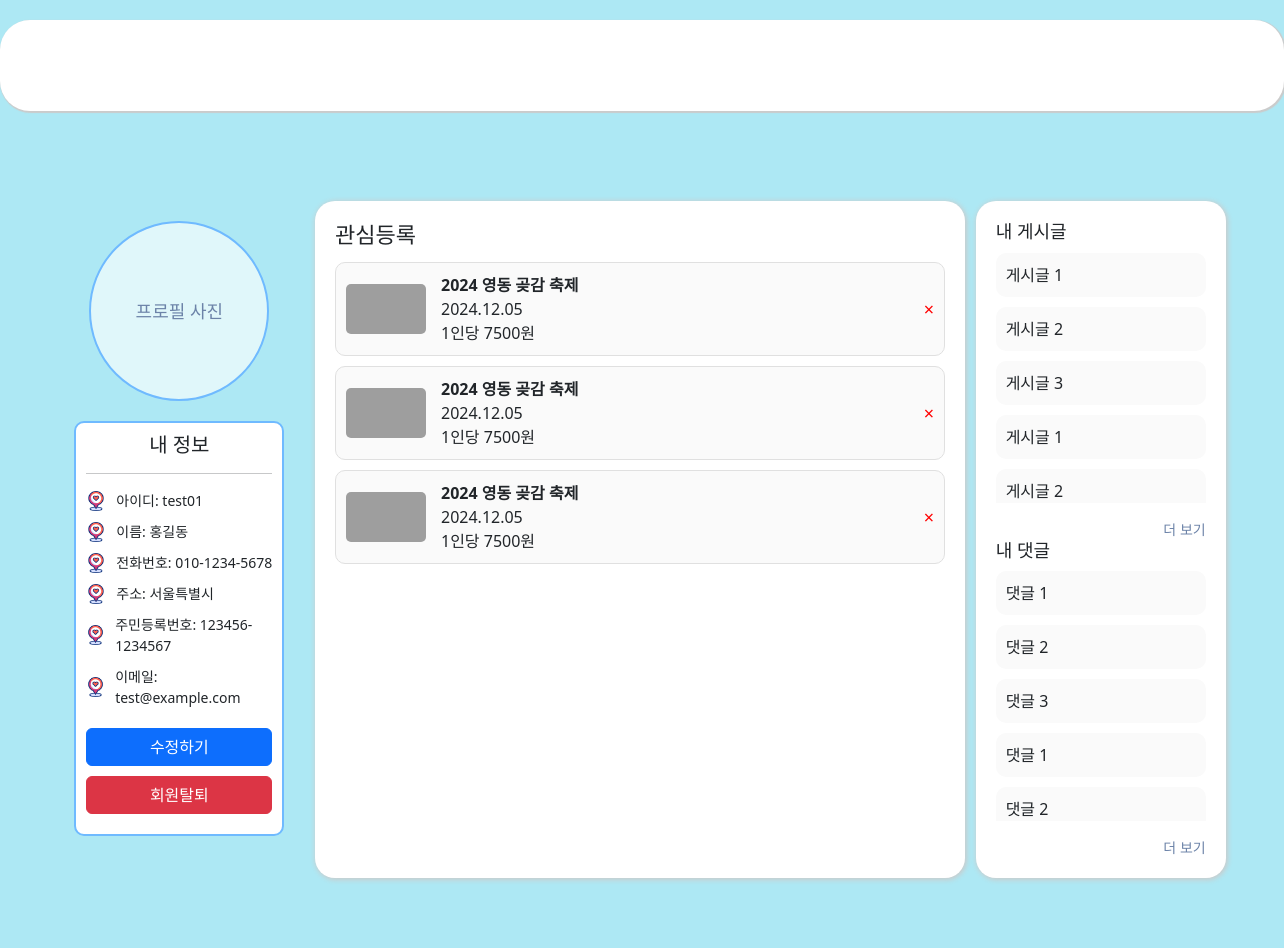
Repository: KimMJ0964/jsp
Page: http://localhost/Trafi/views/mypage/myPageMain.jsp
An editor plug-in stored every save of this project. The page is shown before and after the next save, followed by the edit.
The browser window is 1280 px wide. The page is 1284 px wide, so the pictures cover 1284 px, including what lies to the right of the window. The pictures show the whole page.
Pictures or frames that could not be fetched are drawn as grey boxes. The page is served by Tomcat 9.

Above is the page before, as saved 2024-09-19 08:20:14.
Console error: TypeError: Cannot set properties of null (setting 'onclick')

### Trafi/src/main/webapp/views/mypage/myPageMain.jsp
<%@ page language="java" contentType="text/html; charset=UTF-8"
    pageEncoding="UTF-8"%>
<!DOCTYPE html>
<html lang="en">
<head>
    <meta charset="UTF-8">
    <meta name="viewport" content="width=device-width, initial-scale=1.0">
    <title>마이페이지</title>

    <!-- Latest compiled and minified CSS -->
    <link href="https://cdn.jsdelivr.net/npm/bootstrap@5.3.3/dist/css/bootstrap.min.css" rel="stylesheet">

    <!-- Latest compiled JavaScript -->
    <script src="https://cdn.jsdelivr.net/npm/bootstrap@5.3.3/dist/js/bootstrap.bundle.min.js"></script>
    <style>
        body {
            margin: 0;
            padding: 0;
            background-color: #ADE8F4;
        }
        .wrap {
            width: 1246px;
            margin: auto;
            padding: 20px;
        }
        #header {
            width: 1284px;
            height: 91px;
            background-color: white;
            border-radius: 30px;
            margin: 20px auto;
            box-shadow: 1px 1px 1px 1px rgb(203, 203, 203);
        }
        .container {
            display: flex;
            justify-content: space-around;
            margin: 50px auto;
            max-width: 1300px;
        }

        /* 프로필 섹션 */
        .profile-section {
            padding: 20px;
            width: 250px;
        }
        .profile-section .profile-image {
            width: 180px;
            height: 180px;
            border-radius: 50%;
            background-color: #E0F7FA;
            margin: 0 auto;
            display: flex;
            justify-content: center;
            align-items: center;
            font-size: 18px;
            color: #6C83A8;
        }
        .profile-section .profile-info {
            margin-top: 20px;
            border: 1px solid #E0E0E0;
            border-radius: 10px;
            padding: 10px;
        }
        .profile-info {
            background-color: white;
            border-radius: 20px;
        }
        .profile-section .profile-info h6 {
            font-size: 18px;
            margin-bottom: 20px;
        }
        .profile-section .profile-info ul {
            list-style: none;
            padding: 0;
            font-size: 14px;
        }
        .profile-section .profile-info ul li {
            margin-bottom: 10px;
            display: flex;
            align-items: center;
        }
        .profile-section .profile-info ul li img {
            width: 20px;
            height: 20px;
            margin-right: 10px;
        }
        .profile-section .profile-buttons {
            text-align: center;
            margin-top: 20px;
        }
        .profile-section .profile-buttons button {
            width: 100%;
            margin-bottom: 10px;
        }

        /* 축제 섹션 */
        .interest-section {
            background-color: white;
            border-radius: 20px;
            padding: 20px;
            width: 650px;
            box-shadow: 1px 1px 5px 1px rgb(203, 203, 203);
        }
        .interest-section h5 {
            font-size: 22px;
            margin-bottom: 15px;
        }
        .interest-section .interest-list {
            list-style: none;
            padding: 0;
            max-height: 400px;
            overflow-y: auto;
        }
        .interest-section .interest-list li {
            background-color: #FAFAFA;
            border: 1px solid #E0E0E0;
            padding: 10px;
            margin-bottom: 10px;
            display: flex;
            justify-content: space-between;
            align-items: center;
            border-radius: 10px;
        }
        .interest-section .interest-list li .info {
            display: flex;
            gap: 15px;
            align-items: center;
        }
        .interest-section .interest-list li img {
            width: 80px;
            height: 50px;
            border-radius: 5px;
        }
        .interest-section .interest-list li .text {
            font-size: 16px;
        }
        .interest-section .interest-list li .remove {
            font-size: 18px;
            color: red;
            cursor: pointer;
        }

        /* 게시글, 댓글 섹션 */
        .posts-comments-section {
            background-color: white;
            border-radius: 20px;
            padding: 20px;
            width: 250px;
            box-shadow: 1px 1px 5px 1px rgb(203, 203, 203);
        }
        .posts-comments-section h5 {
            font-size: 18px;
            margin-bottom: 10px;
        }
        .posts-comments-section ul {
            list-style: none;
            padding: 0;
            font-size: 16px;
            max-height: 250px;
            overflow-y: auto;
        }
        .posts-comments-section ul li {
            padding: 10px;
            background-color: #FAFAFA;
            margin-bottom: 10px;
            border-radius: 10px;
        }
        .posts-comments-section .view-more {
            text-align: right;
            font-size: 14px;
            color: #6C83A8;
            cursor: pointer;
        }

        /* 모달창 */
        .modal {
            position: fixed;
            left: 0;
            top: 0;
            width: 100%;
            height: 100%;
            background-color: rgba(0,0,0,0.5);
            display: flex;
            justify-content: center;
            align-items: center;
        }

        .modal-content {
            background-color: #fff;
            padding: 20px;
            border-radius: 10px;
            width: 400px;
            left: 40%;
            top: 20%;
        }

        .modal-content > form > table > tr > td {
            text-align: center;
        }

        .close {
            float: right;
            font-size: 20px;
            cursor: pointer;
        }

        /* 모바일 반응형 */

        @media (max-width: 480px) {
            .wrap {
                padding: 5px;
            }
            .profile-section, .interest-section, .posts-comments-section {
                padding: 5px;
            }
            .profile-section .profile-image {
                width: 100px;
                height: 100px;
            }
            .interest-section .interest-list li .info img {
                width: 50px;
                height: 30px;
            }
            .posts-comments-section ul li {
                font-size: 12px;
            }
        }
    </style>

</head>
<body>
    <div id="header"></div>
    <div class="wrap">
        <div class="container">
            <!-- Profile Section -->
            <div class="profile-section">
                <div class="profile-image" style="border: 2px solid #6FBAFF;">프로필 사진</div>
                <div class="profile-info" style="border: 2px solid #6FBAFF;">
                    <h5 style="text-align: center;">내 정보</h5>
                    <hr>
                    <ul>
                        <li><img src="./img/profile-icon.png" alt="icon">아이디: test01</li>
                        <li><img src="./img/profile-icon.png" alt="icon">이름: 홍길동</li>
                        <li><img src="./img/profile-icon.png" alt="icon">전화번호: 010-1234-5678</li>
                        <li><img src="./img/profile-icon.png" alt="icon">주소: 서울특별시</li>
                        <li><img src="./img/profile-icon.png" alt="icon">주민등록번호: 123456-1234567</li>
                        <li><img src="./img/profile-icon.png" alt="icon">이메일: test@example.com</li>
                    </ul>
                    <div class="profile-buttons">
                        <button type="button" class="btn btn-primary" data-bs-toggle="modal" data-bs-target="#myModal">
							수정하기
						</button>
                        <button class="btn btn-danger" id="delete-account-btn">회원탈퇴</button>
                    </div>
                </div>
            </div>

            <!-- Interest Section -->
            <div class="interest-section">
                <h5>관심등록</h5>
                <ul class="interest-list">
                    <li>
                        <div class="info">
                            <img src="festival.jpg" alt="축제 이미지">
                            <div class="text">
                                <strong>2024 영동 곶감 축제</strong><br>
                                2024.12.05<br>
                                1인당 7500원
                            </div>
                        </div>
                        <div class="remove">&times;</div>
                    </li>
                    <li>
                        <div class="info">
                            <img src="festival.jpg" alt="축제 이미지">
                            <div class="text">
                                <strong>2024 영동 곶감 축제</strong><br>
                                2024.12.05<br>
                                1인당 7500원
                            </div>
                        </div>
                        <div class="remove">&times;</div>
                    </li>
                    <li>
                        <div class="info">
                            <img src="festival.jpg" alt="축제 이미지">
                            <div class="text">
                                <strong>2024 영동 곶감 축제</strong><br>
                                2024.12.05<br>
                                1인당 7500원
                            </div>
                        </div>
                        <div class="remove">&times;</div>
                    </li>

                    <!-- More items -->
                </ul>
            </div>

            <!-- Posts and Comments Section -->
            <div class="posts-comments-section">
                <div class="posts-comments-container">
                    <!-- My Posts Section -->
                    <div class="posts-section">
                        <h5>내 게시글</h5>
                        <ul>
                            <li>게시글 1</li>
                            <li>게시글 2</li>
                            <li>게시글 3</li>
                            <li>게시글 1</li>
                            <li>게시글 2</li>
                            <li>게시글 3</li>
                            <!-- More posts -->
                        </ul>
                        <div class="view-more">더 보기</div>
                    </div>

                    <!-- My Comments Section -->
                    <div class="comments-section">
                        <h5>내 댓글</h5>
                        <ul>
                            <li>댓글 1</li>
                            <li>댓글 2</li>
                            <li>댓글 3</li>
                            <li>댓글 1</li>
                            <li>댓글 2</li>
                            <li>댓글 3</li>
                            <!-- More comments -->
                        </ul>
                        <div class="view-more">더 보기</div>
                    </div>
                </div>
            </div>
    </div>

    <!-- 모달 구조 -->
    <div class="modal" id="editProfileModal" style="display:none;">
        <div class="modal-content">
            <span class="close">&times;</span>
            <h2>프로필 수정</h2>
            <form>
                <table>
                    <tr>
                        <td>
                            <label for="name">이름:</label>
                            <input type="text" id="name" name="name" required>
                        </td>
                    </tr>
                    <tr>
                        <td>
                            <label for="phone">전화번호:</label>
                            <input type="text" id="phone" name="phone" required>
                        </td>
                    </tr>
                    <tr>
                        <td>
                            <label for="address">주소:</label>
                            <input type="text" id="address" name="address" required>
                        </td>
                    </tr>
                    <tr>
                        <td>
                            <label for="ssn">주민등록번호:</label>
                            <input type="text" id="ssn" name="ssn" required>
                        </td>
                    </tr>
                    <tr>
                        <td>
                            <label for="email">이메일:</label>
                            <input type="text" id="email" name="email" required> @
                            <select id="email-domain" name="email-domain">
                                <option value="gmail.com">@gmail.com</option>
                                <option value="naver.com">@naver.com</option>
                                <option value="daum.net">@daum.net</option>
                                <option value="custom">직접 입력</option>
                            </select>
                            <input type="text" id="custom-domain" name="custom-domain" style="display:none;" placeholder="직접 입력">
                        </td>
                    </tr>
                </table>
                <button type="submit">저장하기</button>
            </form>
        </div>
    </div>
    </div>

    <script>
        document.getElementById("delete-account-btn").addEventListener("click", function() {
            if (confirm("정말로 회원탈퇴를 진행하시겠습니까?")) {
                // 네
                alert("회원탈퇴가 진행됩니다.");
            } else {
                // 아니요
                alert("회원탈퇴가 취소되었습니다.");
            }
        });

        // 모달 열기 및 닫기 로직
        var modal = document.getElementById("editProfileModal");
        var btn = document.getElementById("edit-profile-btn");
        var span = document.getElementsByClassName("close")[0];

        btn.onclick = function() {
            modal.style.display = "block";
        }

        span.onclick = function() {
            modal.style.display = "none";
        }

        window.onclick = function(event) {
            if (event.target == modal) {
                modal.style.display = "none";
            }
        }

        // 이메일 도메인 선택 시 처리
        var emailDomainSelect = document.getElementById("email-domain");
        var customDomainInput = document.getElementById("custom-domain");

        emailDomainSelect.onchange = function() {
            if (emailDomainSelect.value === "custom") {
                customDomainInput.style.display = "inline-block";
            } else {
                customDomainInput.style.display = "none";
                customDomainInput.value = ""; // 입력 필드를 초기화
            }
        }
    </script>
</body>
</html>

After the next save:
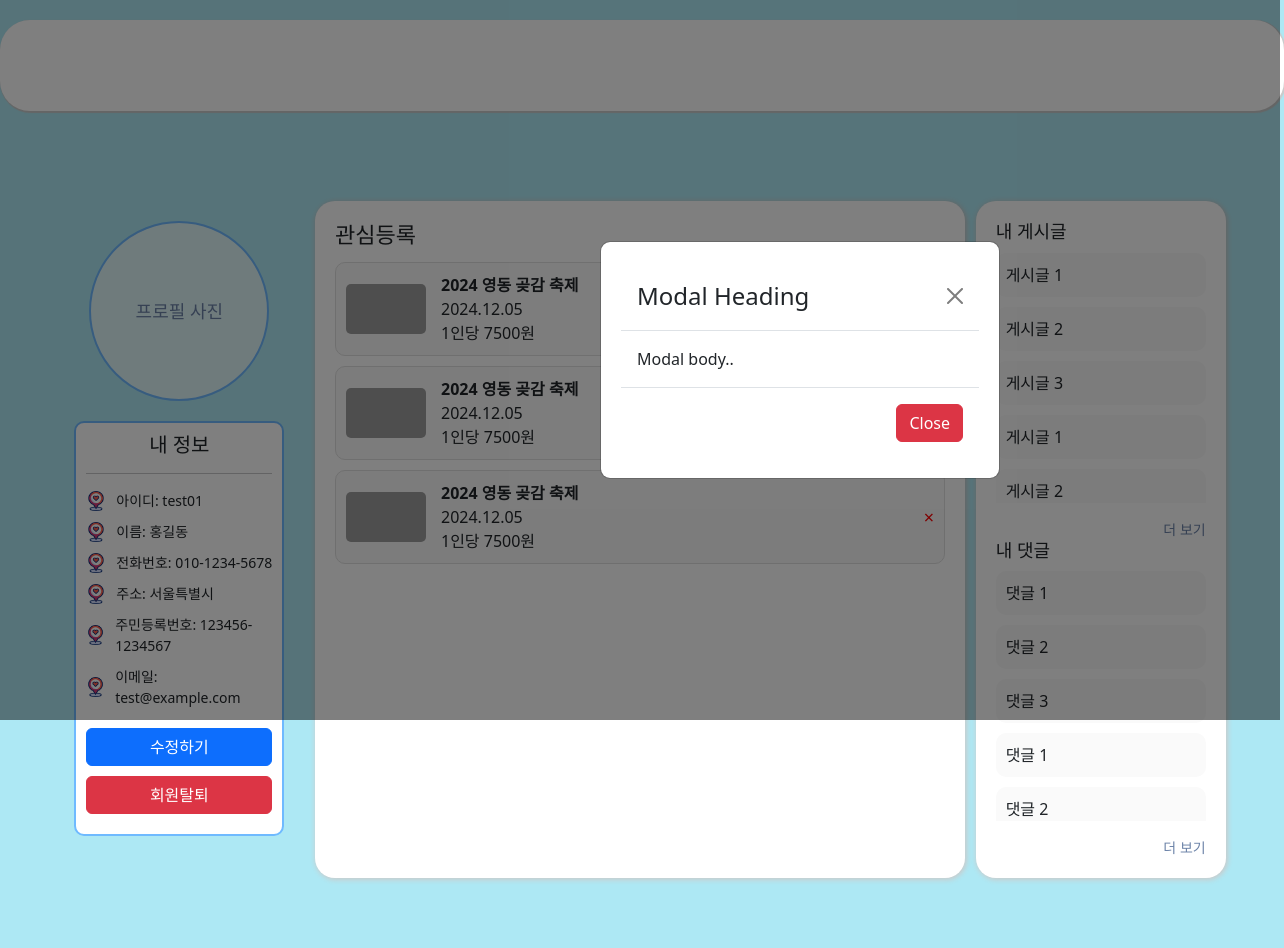
Saved 22 s later.
--- a/Trafi/src/main/webapp/views/mypage/myPageMain.jsp
+++ b/Trafi/src/main/webapp/views/mypage/myPageMain.jsp
@@ -382,6 +382,30 @@
             </form>
         </div>
     </div>
+
+    <div class="modal" id="myModal">
+  <div class="modal-dialog">
+    <div class="modal-content">
+
+      <!-- Modal Header -->
+      <div class="modal-header">
+        <h4 class="modal-title">Modal Heading</h4>
+        <button type="button" class="btn-close" data-bs-dismiss="modal"></button>
+      </div>
+
+      <!-- Modal body -->
+      <div class="modal-body">
+        Modal body..
+      </div>
+
+      <!-- Modal footer -->
+      <div class="modal-footer">
+        <button type="button" class="btn btn-danger" data-bs-dismiss="modal">Close</button>
+      </div>
+
+    </div>
+  </div>
+</div>
     </div>
 
     <script>
